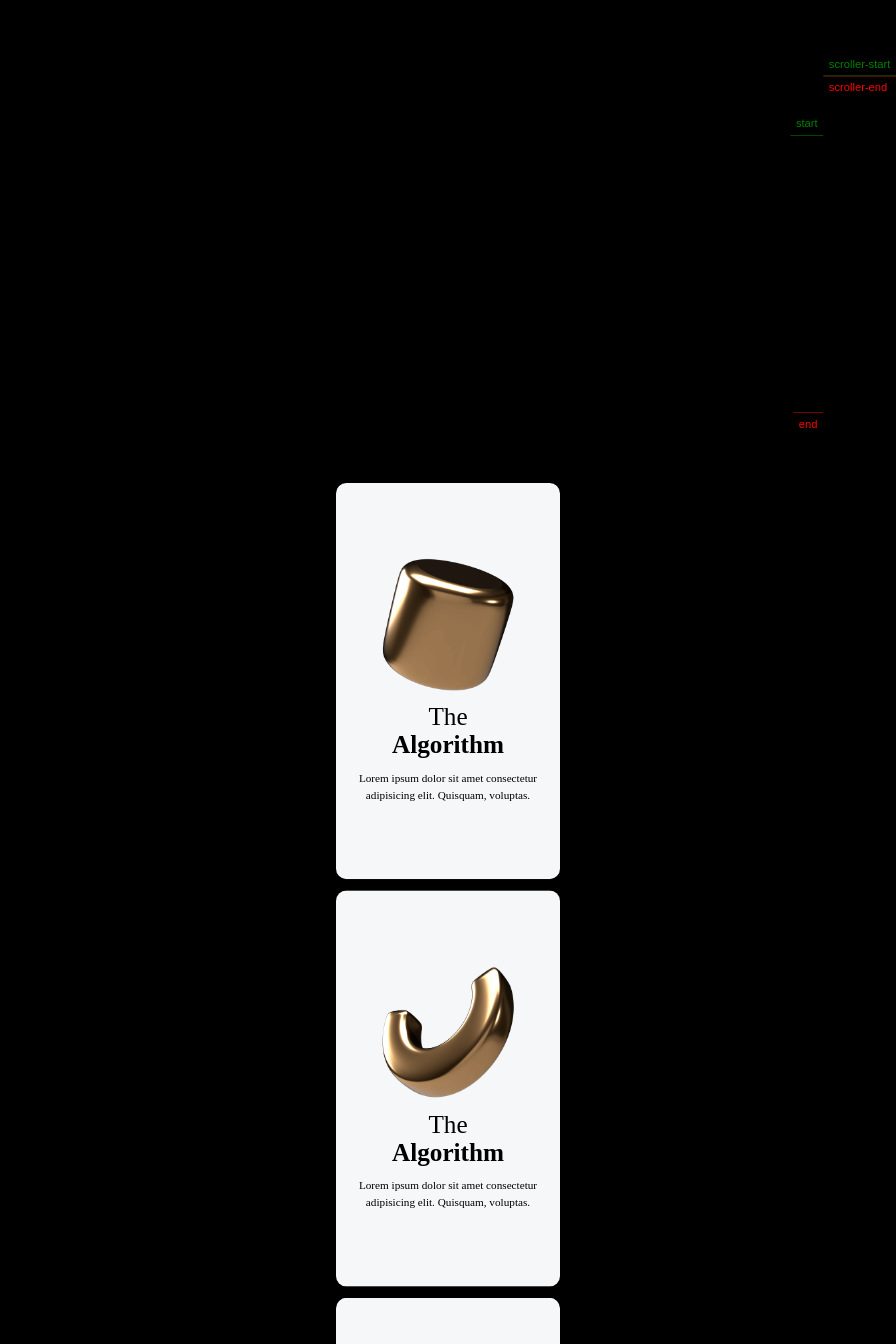
Repository: Himani0002/Scroll-Trigger
Page: index.html
These files come from the project's save history. The page is drawn as it stood at one moment and after a run of saves; the edit follows.
The browser window is 1280 px wide. The pictures show the part of the page from y = 0 to 1920 px (the page is 3728 px tall), at 70% of full size.
Some web fonts or font styles are not loaded; a fallback is used. Some web libraries are served in a nearby version.

Above is the page before, as saved 2024-11-15 21:53:59.

### index.html
<!DOCTYPE html>
<html lang="en">

<head>
  <meta charset="UTF-8">
  <meta name="viewport" content="width=device-width, initial-scale=1.0">

  <script src="https://cdn.tailwindcss.com"></script>
  <title>Document</title>
  <style>
    @import url('https://fonts.googleapis.com/css2?family=Edu+AU+VIC+WA+NT+Pre:wght@400..700&family=Lato:ital,wght@0,100;0,300;0,400;0,700;0,900;1,100;1,300;1,400;1,700;1,900&family=Montserrat:ital,wght@0,100..900;1,100..900&family=Roboto+Slab:wght@100..900&display=swap');

    * {
      padding: 0;
      font-family: "Edu AU VIC WA NT Pre", cursive;
      margin: 0;
      box-sizing: border-box;
    }

    html,
    body {
      height: 100%;
      width: 100%;
      background-color: black;
    }
  </style>
</head>

<body>
  <main class="w-full  text-center flex flex-col gap-4 items-center pt-[15vh]">
    <div
      class="card1 flex sticky top-[15vh] flex-col w-[25svw] rounded-[15px] py-[15vh] px-[20px] gap-4 items-center bg-[#F5F7F8]">
      <img src="./image/1.png" class="w-[190px] aspect-square" alt="">
      <h1 class="text-4xl font-thin">
        The<br>
        <span class="font-bold">Algorithm</span>
      </h1>
      <p>
        Lorem ipsum dolor sit amet consectetur adipisicing elit. Quisquam, voluptas.
      </p>
    </div>
    <div
      class="card2 sticky top-[15vh] flex flex-col w-[25svw] rounded-[15px] py-[15vh] px-[20px] gap-4 items-center bg-[#F5F7F8]">
      <img src="./image/2.png" class="w-[190px] aspect-square" alt="">
      <h1 class="text-4xl font-thin">
        The<br>
        <span class="font-bold">Algorithm</span>
      </h1>
      <p>
        Lorem ipsum dolor sit amet consectetur adipisicing elit. Quisquam, voluptas.
      </p>
    </div>
    <div
      class="card3 sticky top-[15vh] flex flex-col w-[25svw] rounded-[15px] py-[15vh] px-[20px] gap-4 items-center bg-[#F5F7F8]">
      <img src="./image/3.png" class="w-[190px] aspect-square" alt="">
      <h1 class="text-4xl font-thin">
        The<br>
        <span class="font-bold">Algorithm</span>
      </h1>
      <p>
        Lorem ipsum dolor sit amet consectetur adipisicing elit. Quisquam, voluptas.
      </p>
    </div>
    <div
      class="card4 sticky top-[15vh] flex flex-col w-[25svw] rounded-[15px] py-[15vh] px-[20px] gap-4 items-center bg-[#F5F7F8]">
      <img src="./image/4.png" class="w-[190px] aspect-square" alt="">
      <h1 class="text-4xl font-thin">
        The<br>
        <span class="font-bold">Algorithm</span>
      </h1>
      <p>
        Lorem ipsum dolor sit amet consectetur adipisicing elit. Quisquam, voluptas.
      </p>
    </div>
    <div
      class="card5 sticky top-[15vh] flex flex-col w-[25svw] rounded-[15px] py-[15vh] px-[20px] gap-4 items-center bg-[#F5F7F8]">
      <img src="./image/5.png" class="w-[190px] aspect-square" alt="">
      <h1 class="text-4xl font-thin">
        The<br>
        <span class="font-bold">Algorithm</span>
      </h1>
      <p>
        Lorem ipsum dolor sit amet consectetur adipisicing elit. Quisquam, voluptas.
      </p>
    </div>
    <div
      class="card6 sticky top-[15vh] flex flex-col w-[25svw] rounded-[15px] py-[15vh] px-[20px] gap-4 items-center bg-[#F5F7F8]">
      <img src="./image/6.png" class="w-[190px] aspect-square" alt="">
      <h1 class="text-4xl font-thin">
        The<br>
        <span class="font-bold">Algorithm</span>
      </h1>
      <p>
        Lorem ipsum dolor sit amet consectetur adipisicing elit. Quisquam, voluptas.
      </p>
    </div>

  </main>


</body>
<script src="https://cdnjs.cloudflare.com/ajax/libs/gsap/3.12.5/gsap.min.js"
  integrity="sha512-7eHRwcbYkK4d9g/6tD/mhkf++eoTHwpNM9woBxtPUBWm67zeAfFC+HrdoE2GanKeocly/VxeLvIqwvCdk7qScg=="
  crossorigin="anonymous" referrerpolicy="no-referrer"></script>
<script src="https://cdnjs.cloudflare.com/ajax/libs/gsap/3.12.5/ScrollTrigger.min.js"
  integrity="sha512-onMTRKJBKz8M1TnqqDuGBlowlH0ohFzMXYRNebz+yOcc5TQr/zAKsthzhuv0hiyUKEiQEQXEynnXCvNTOk50dg=="
  crossorigin="anonymous" referrerpolicy="no-referrer"></script>
<script src="script.js"></script>

</html>

### script.js
gsap.to(".card1", {
  scale: 0.7,
  opacity: 0,
  scrollTrigger: {
    trigger: ".card1",
    start: "top 15%",
    end: "bottom 15%",
    markers: true,
  },
});

After the next 3 saves:
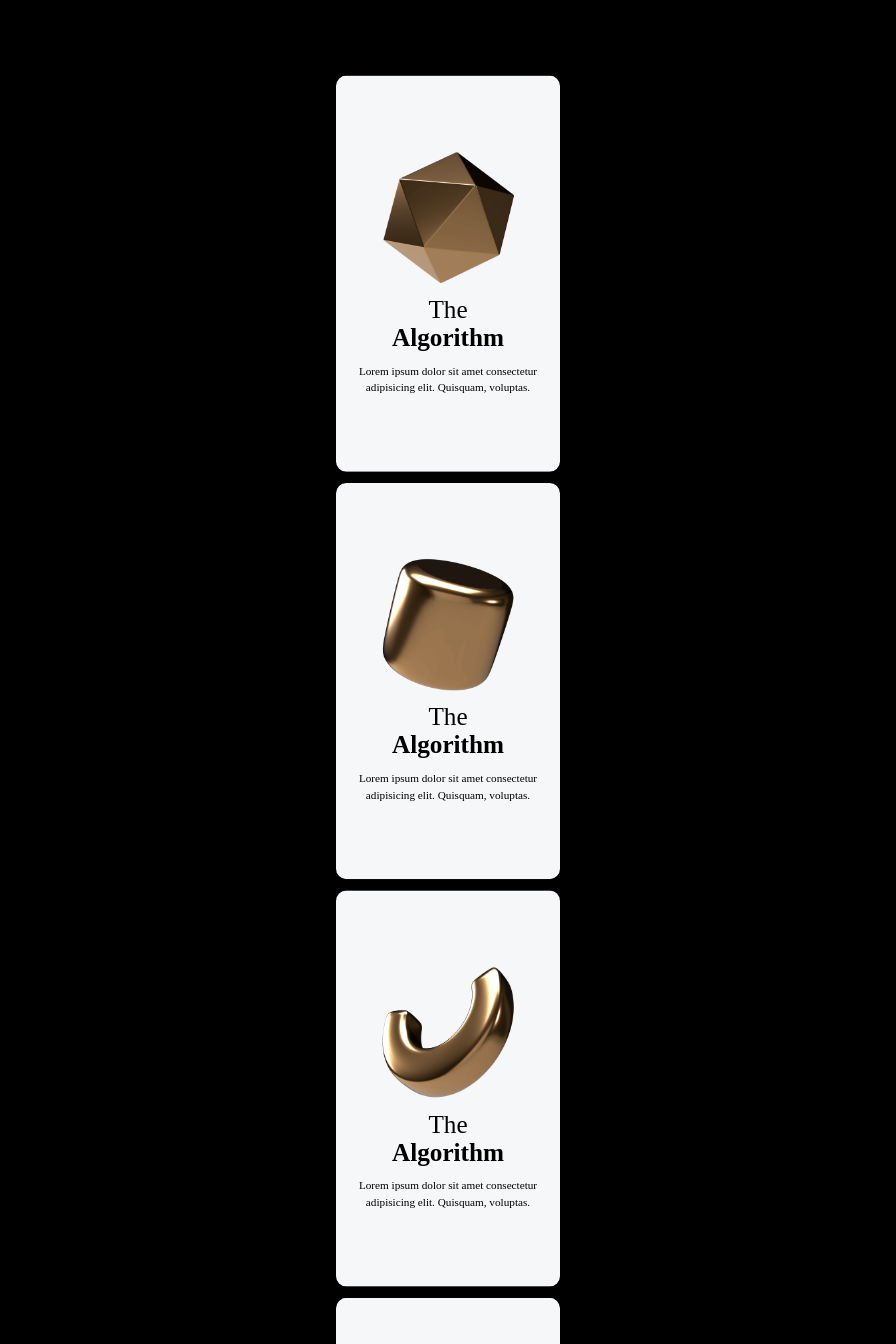
Console error: SyntaxError: Unexpected token '}'
The 3 saves are shown as one change because they came seconds apart.
The last was saved 97 s later.
--- a/script.js
+++ b/script.js
@@ -6,5 +6,6 @@
     start: "top 15%",
     end: "bottom 15%",
     markers: true,
+    scrub:
   },
 });

After the 2 saves that followed:
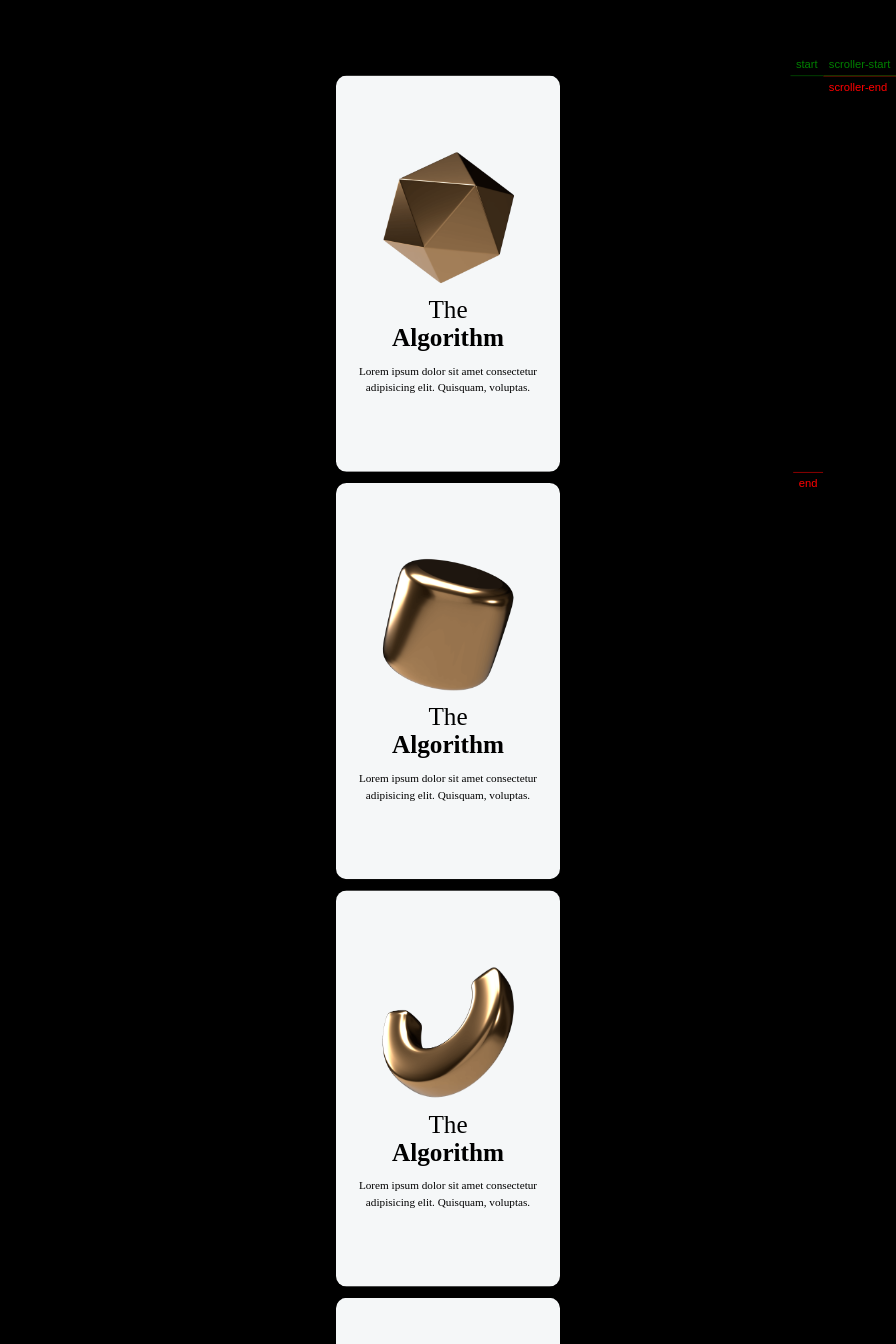
The error is gone.
The 2 saves are shown as one change because they came seconds apart.
The last was saved 5 s later.
--- a/script.js
+++ b/script.js
@@ -6,6 +6,6 @@
     start: "top 15%",
     end: "bottom 15%",
     markers: true,
-    scrub:
+    scrub: true,
   },
 });
